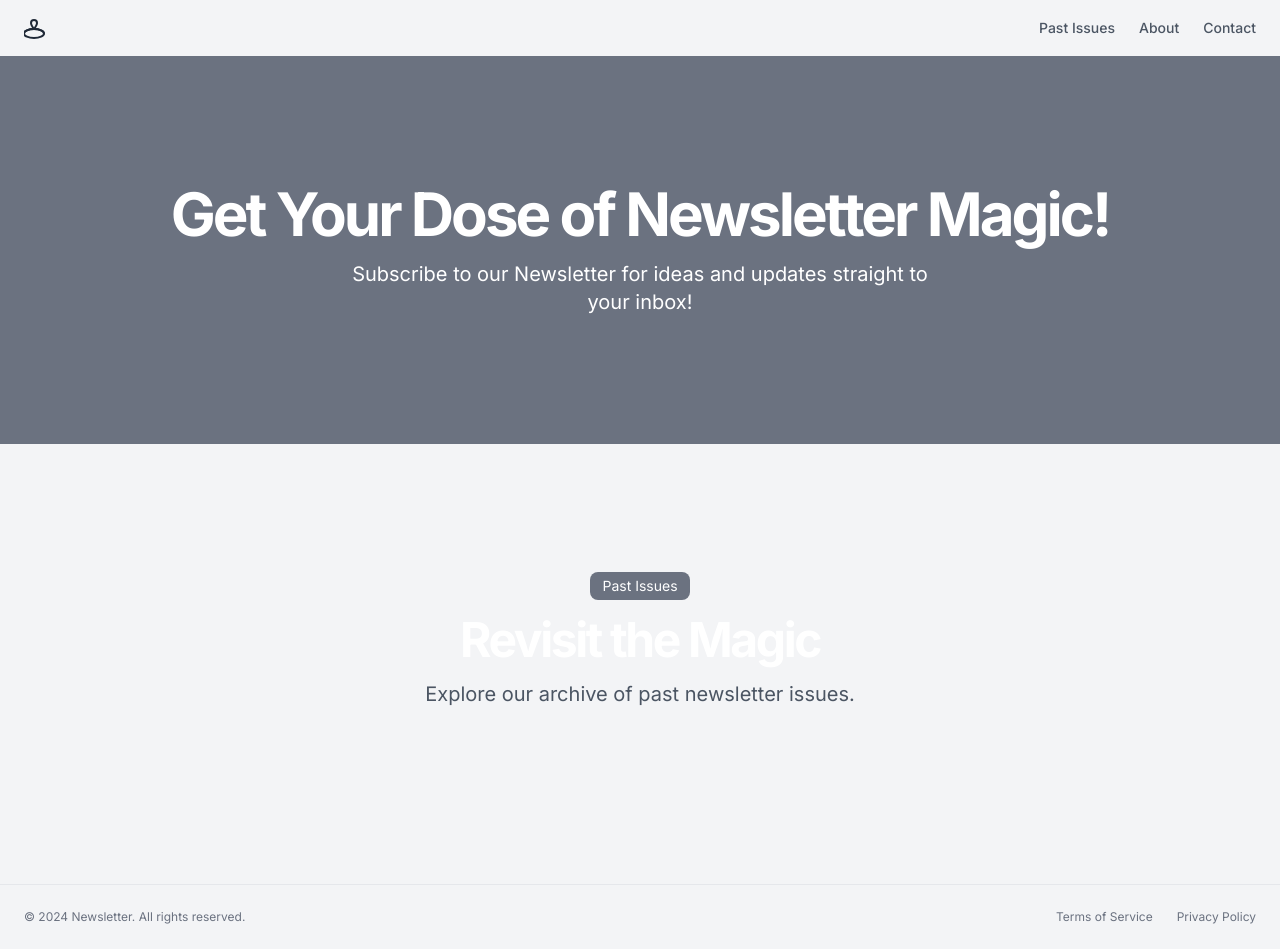
Repository: djdjdallas/unicorn-poop-newsletter
Page: /
The author's editor kept a copy of each file at every save. The page is drawn from the files as they stood at one save, then again after the next save.
The browser window is 1280 px wide. The pictures show the whole page.
The page's requests for data from a server got no answer. The project was rebuilt for these pictures with package versions that can differ from the ones it lists, and the page was loaded fresh each time. The framework's server and built-in components were replaced by stand-ins that run in the browser. No one was signed in, and anything a server would have sent is missing. Also part of the build but not shown: next.config.mjs, src/lib/utils.js, src/components/ui/input.jsx, src/components/ui/button.jsx, src/components/ui/card.jsx.

Above is the page before, as saved 2024-08-10 11:07:40.

After the next save:
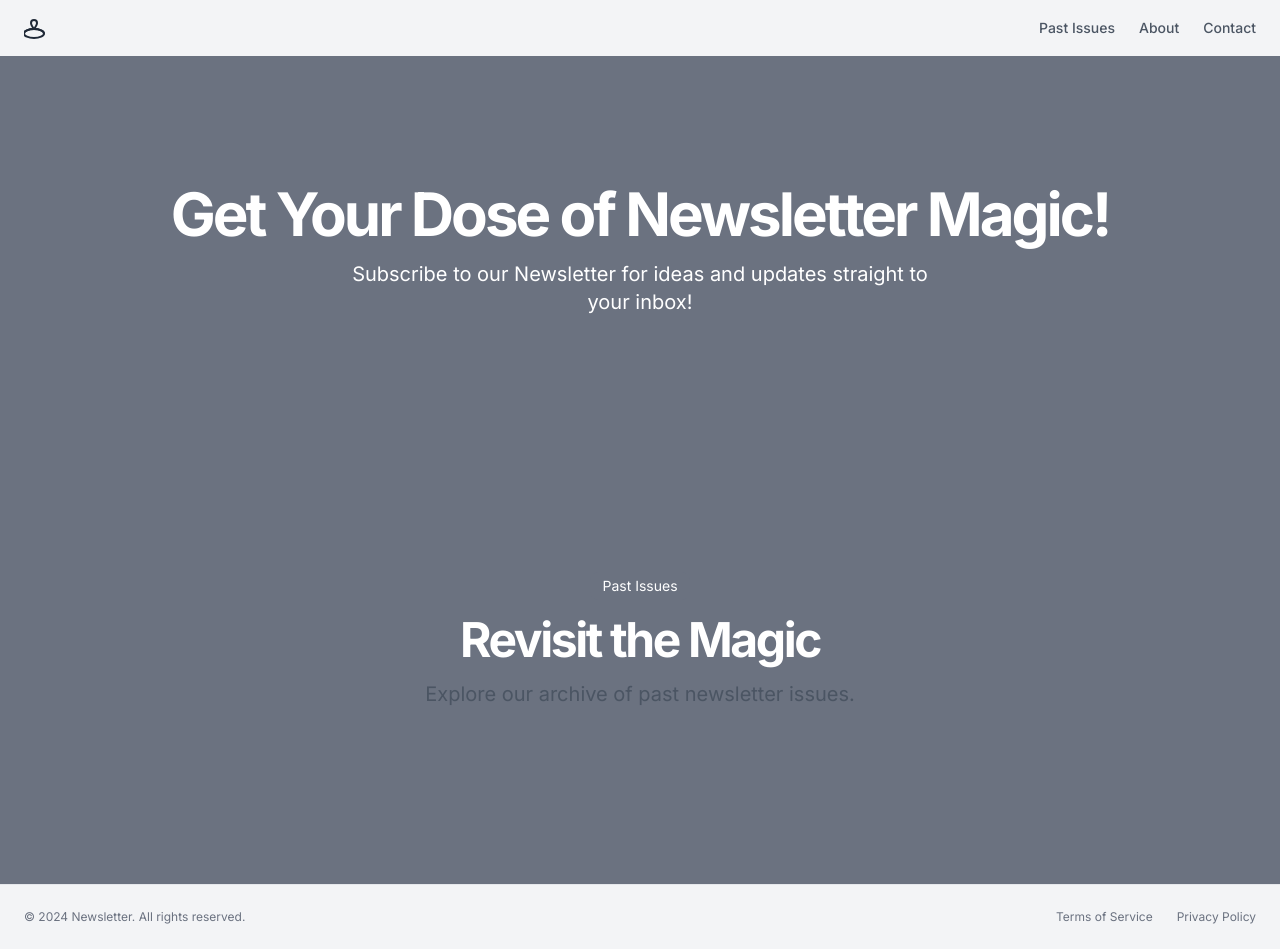
Saved 11 s later.
--- a/src/app/page.js
+++ b/src/app/page.js
@@ -126,7 +126,7 @@ export default async function Home() {
 
         <section
           id="past-issues"
-          className="w-full py-12 md:py-24 lg:py-32 bg-gray-100"
+          className="w-full py-12 md:py-24 lg:py-32 bg-gray-500"
         >
           <div className="container px-4 md:px-6 space-y-8 lg:space-y-12">
             <div className="flex flex-col items-center justify-center text-center space-y-4">
